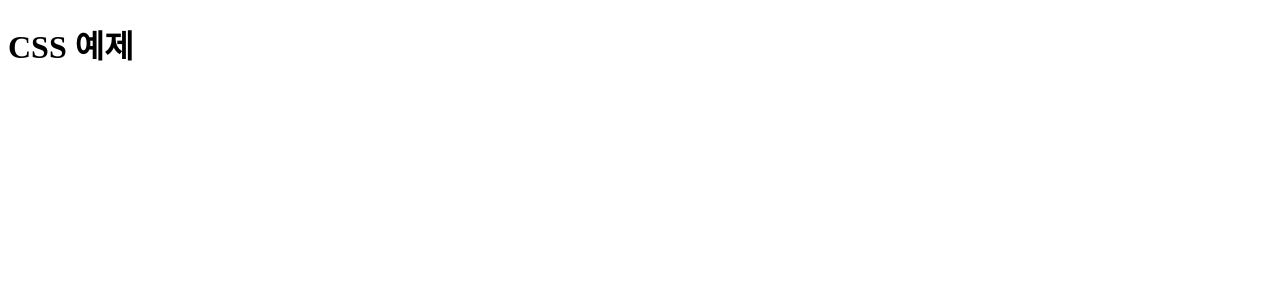
Repository: gus-123/Edu_KCC_HTML
Page: CSS/WebContent/Index.html
The author's editor kept a copy of each file at every save. The page is drawn from the files as they stood at one save, then again after the next save.
The browser window is 1280 px wide. The pictures show the whole page.

Above is the page before, as saved 2024-07-09 00:27:17.

After the next save:
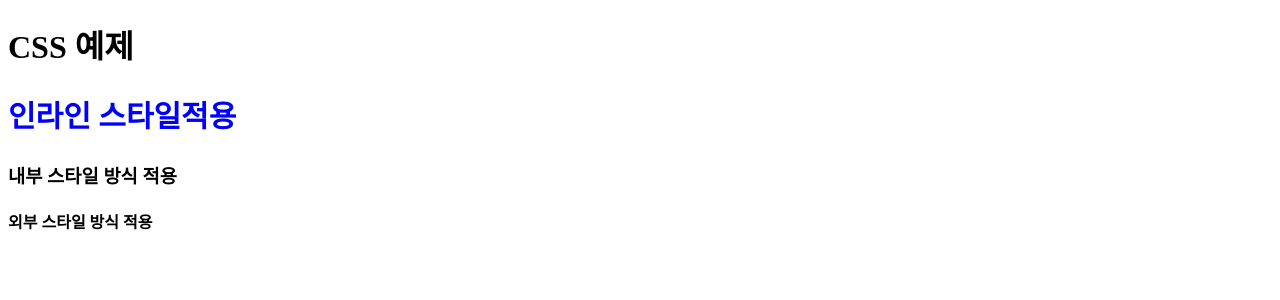
Saved 2 min 32 s later.
--- a/CSS/WebContent/Index.html
+++ b/CSS/WebContent/Index.html
@@ -6,5 +6,11 @@
 </head>
 <body>
 	<h1>CSS 예제</h1>
+
+	<h2 style="font-family: 돋음;font-size:30px;color:blue">인라인 스타일적용</h2>
+
+	<h3>내부 스타일 방식 적용</h3>
+
+	<h4>외부 스타일 방식 적용</h4>
 </body>
 </html>
